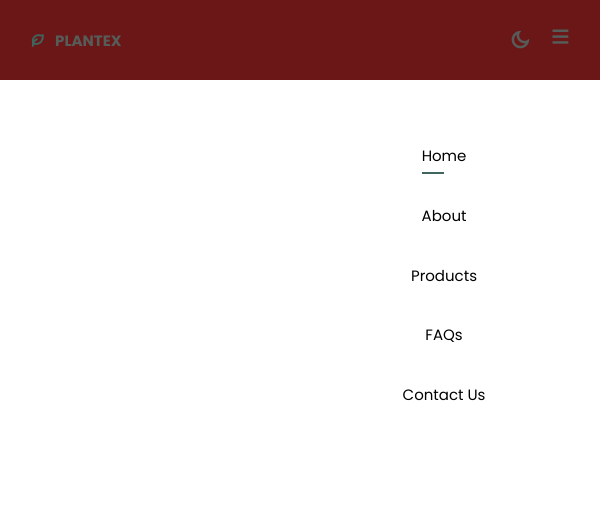
Repository: OmniaRafat232111121/plantwebsite
Page: index.html
The author's editor kept a copy of each file at every save. The page is drawn from the files as they stood at one save, then again after a run of saves.
The browser window is 600 px wide. The pictures show the whole page.
After loading, the first visible `#navToggle` was clicked once.

Above is the page before, as saved 2023-01-04 15:59:28.

After the next 2 saves:
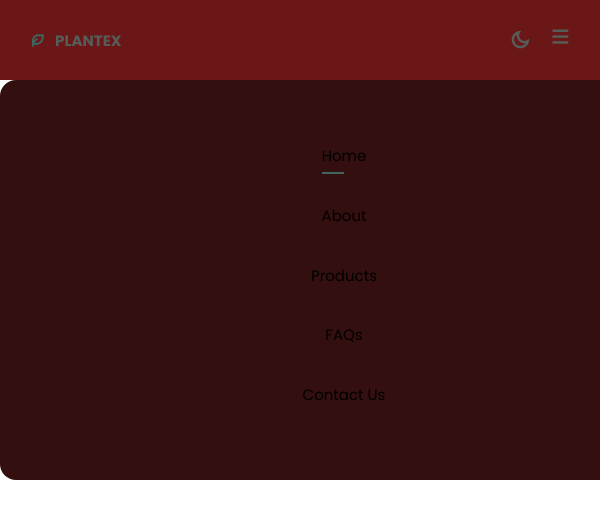
The 2 saves are shown as one change because they came seconds apart.
The last was saved 35 s later.
--- a/assets/css/styles.css
+++ b/assets/css/styles.css
@@ -226,12 +226,12 @@ display: none;
   .show-menu{
 
      position: fixed;
-    background-color:#fff;
+    background-color:rgb(51, 15, 15);
     width: 100%;
     height: 50%;
     top: 80px;
     right: 0px;
-    left:100px;
+
     border-radius: 1rem 0 0 1rem;
     transition: .3s;
     z-index: 1000;
